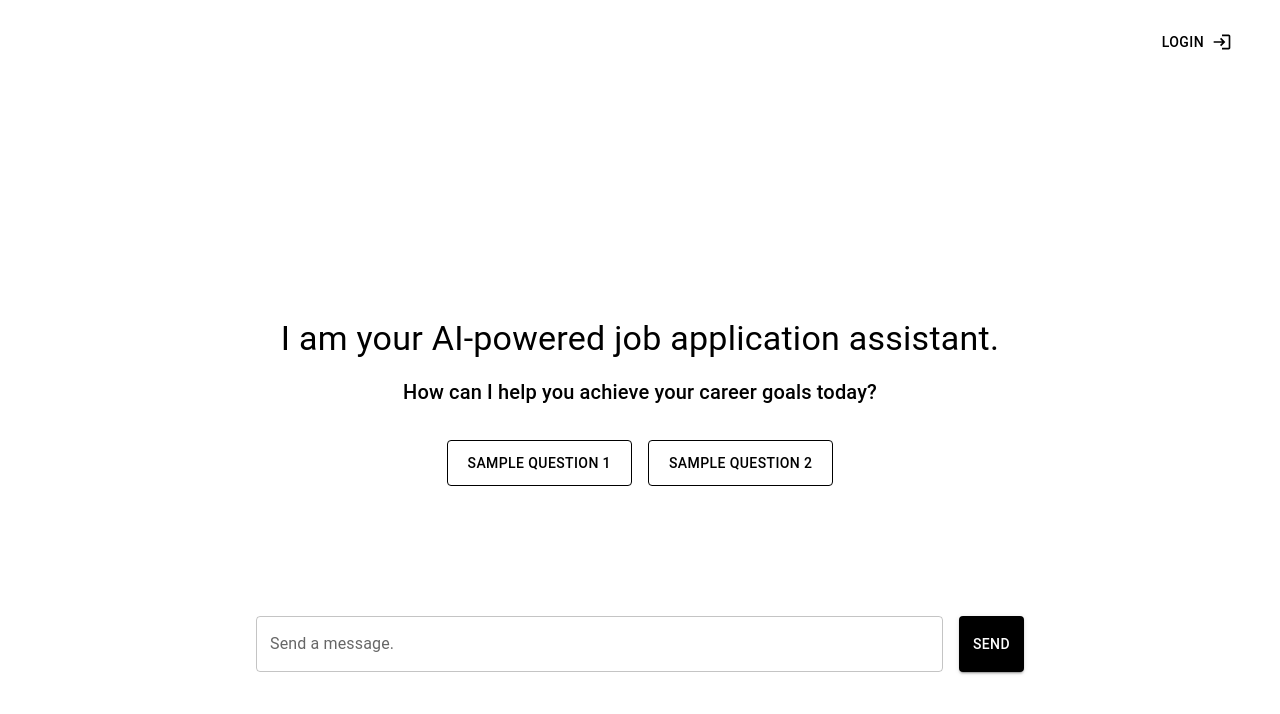
Repository: rukaiah-edhah/AICustomerSupport
Page: /
The author's editor kept a copy of each file at every save. The page is drawn from the files as they stood at one save, then again after the next save.
The browser window is 1280 px wide. The pictures show the whole page.
The page's requests for data from a server got no answer. The project was rebuilt for these pictures with package versions that can differ from the ones it lists, and the page was loaded fresh each time. The framework's server and built-in components were replaced by stand-ins that run in the browser. No one was signed in, and anything a server would have sent is missing. Also part of the build but not shown: next.config.mjs.

Above is the page before, as saved 2024-08-09 20:12:10.

After the next save:
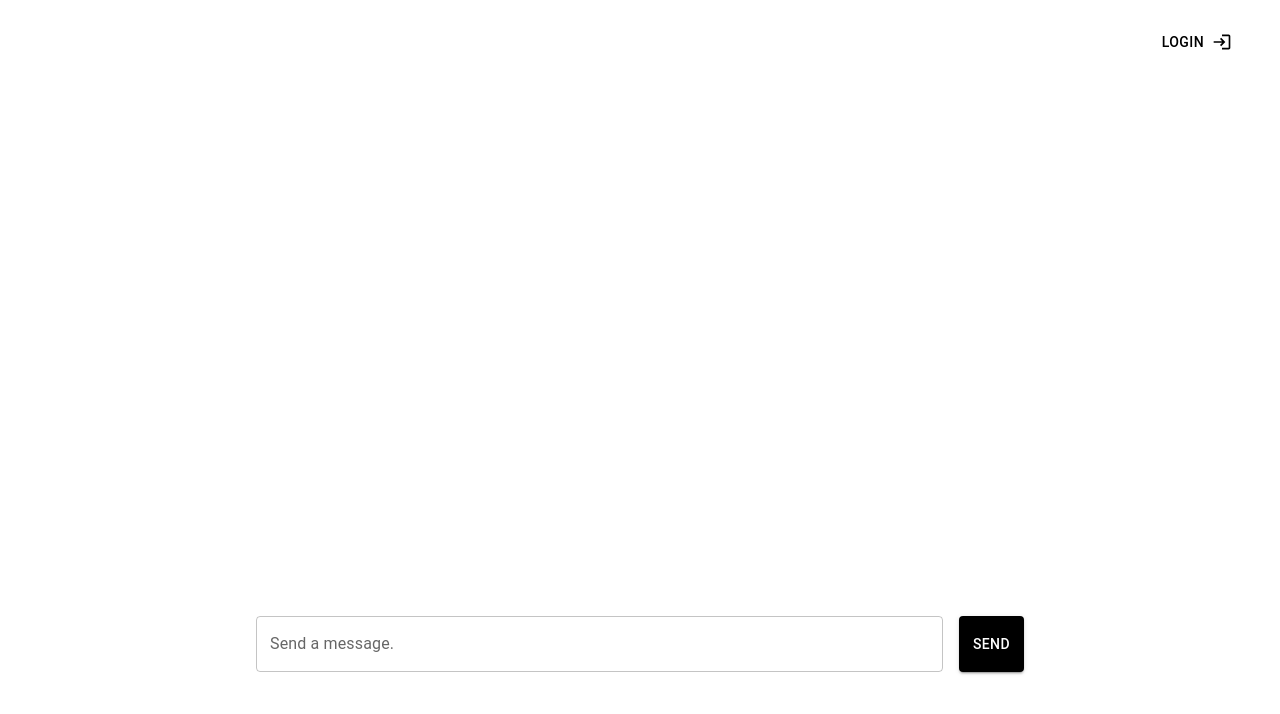
Saved 3 min 9 s later.
--- a/app/page.js
+++ b/app/page.js
@@ -1,6 +1,6 @@
 'use client'
 
-import { AppBar, Toolbar, Typography, Box, Button, Stack, TextField, IconButton } from '@mui/material'
+import { AppBar, Toolbar, Typography, Box, Button, Stack, TextField, IconButton, RadioGroup, FormControlLabel, Radio } from '@mui/material'
 import { useState, useRef, useEffect } from 'react'
 import LoginIcon from '@mui/icons-material/Login';
 
@@ -14,6 +14,8 @@ export default function Home() {
   const [message, setMessage] = useState('')
   const [isLoading, setIsLoading] = useState(false)
   const [chatStarted, setChatStarted] = useState(false)
+  const [chatHistories, setChatHistories] = useState([]) // Add state for chat histories
+  const [selectedChatId, setSelectedChatId] = useState(null) // Add state for selected chat history
 
   const messagesEndRef = useRef(null)
 
@@ -25,11 +27,37 @@ export default function Home() {
     scrollToBottom()
   }, [messages])
 
+  useEffect(() => {
+    // Fetch chat histories from the backend when the component mounts
+    const fetchChatHistories = async () => {
+      try {
+        const response = await fetch('/api/chat/histories')
+        const data = await response.json()
+        setChatHistories(data)
+      } catch (error) {
+        console.error('Error fetching chat histories:', error)
+      }
+    }
+
+    fetchChatHistories()
+  }, [])
+
+  const handleSelectChat = async (chatId) => {
+    setSelectedChatId(chatId)
+    try {
+      const response = await fetch(`/api/chats/${chatId}`)
+      const chatHistory = await response.json()
+      setMessages(chatHistory.messages)
+      setChatStarted(true) // Mark chat as started
+    } catch (error) {
+      console.error('Error fetching chat history:', error)
+    }
+  }
+
   const sendMessage = async () => {
     if (!message.trim() || isLoading) return
     setIsLoading(true)
 
-    // Mark chat as started
     if (!chatStarted) {
       setChatStarted(true)
     }
@@ -82,7 +110,7 @@ export default function Home() {
 
   const handleKeyPress = (e) => {
     if (e.key === 'Enter') {
-      e.preventDefault();
+      e.preventDefault()
       sendMessage()
     }
   }
@@ -106,32 +134,26 @@ export default function Home() {
           </Button>
         </Toolbar>
       </AppBar>
-      {!chatStarted && (
-        <Box
-          display="flex"
-          flexDirection="column"
-          alignItems="center"
-          justifyContent="center"
-          textAlign="center"
-          flexGrow={1}
+
+      {/* Radio button interface for selecting chat history */}
+      <Box width="60%" mt={2}>
+        <RadioGroup
+          aria-label="chat history"
+          name="chat-history"
+          value={selectedChatId}
+          onChange={(e) => handleSelectChat(e.target.value)}
         >
-          <Typography variant="h4" color="black">
-            I am your AI-powered job application assistant.
-          </Typography>
-          <Typography variant="h6" color="black" mt={2}>
-            How can I help you achieve your career goals today?
-          </Typography>
-
-          <Stack direction={'row'} spacing={2} mt={4}>
-            <Button variant="outlined" style={{ borderColor: 'black', color: 'black', padding: '10px 20px' }}>
-              sample question 1
-            </Button>
-            <Button variant="outlined" style={{ borderColor: 'black', color: 'black', padding: '10px 20px' }}>
-              sample question 2
-            </Button>
-          </Stack>
-        </Box>
-      )}
+          {chatHistories.map((history) => (
+            <FormControlLabel
+              key={history.id}
+              value={history.id}
+              control={<Radio />}
+              label={`Chat with ${history.partner}`}
+            />
+          ))}
+        </RadioGroup>
+      </Box>
+
       {chatStarted && (
         <Stack
           direction={'column'}
@@ -167,6 +189,7 @@ export default function Home() {
           <div ref={messagesEndRef} />
         </Stack>
       )}
+
       <Stack
         direction={'row'}
         spacing={2}
